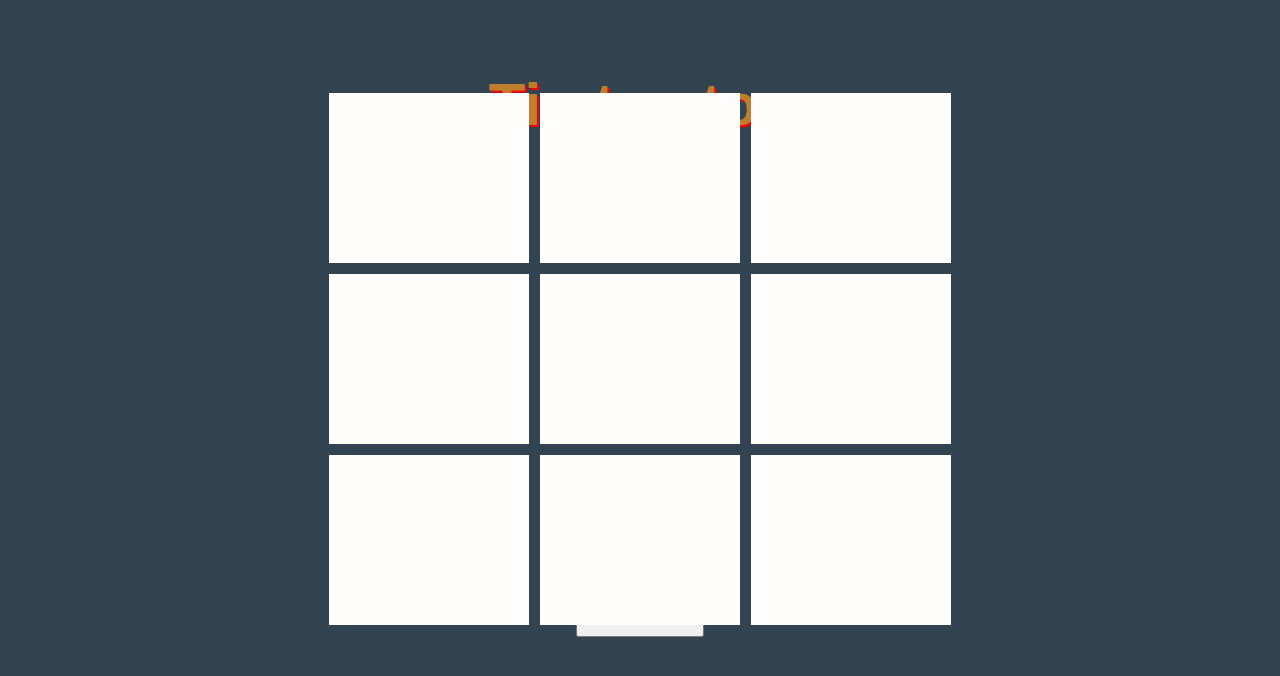
Repository: F0RDTOPG/Xand0
Page: base.html
An editor plug-in stored every save of this project. The page is shown before and after the next save, followed by the edit.
The browser window is 1280 px wide. The pictures show the whole page.
Some web fonts or font styles are not loaded; a fallback is used.

Above is the page before, as saved 2023-11-08 15:33:11.

After the next save:
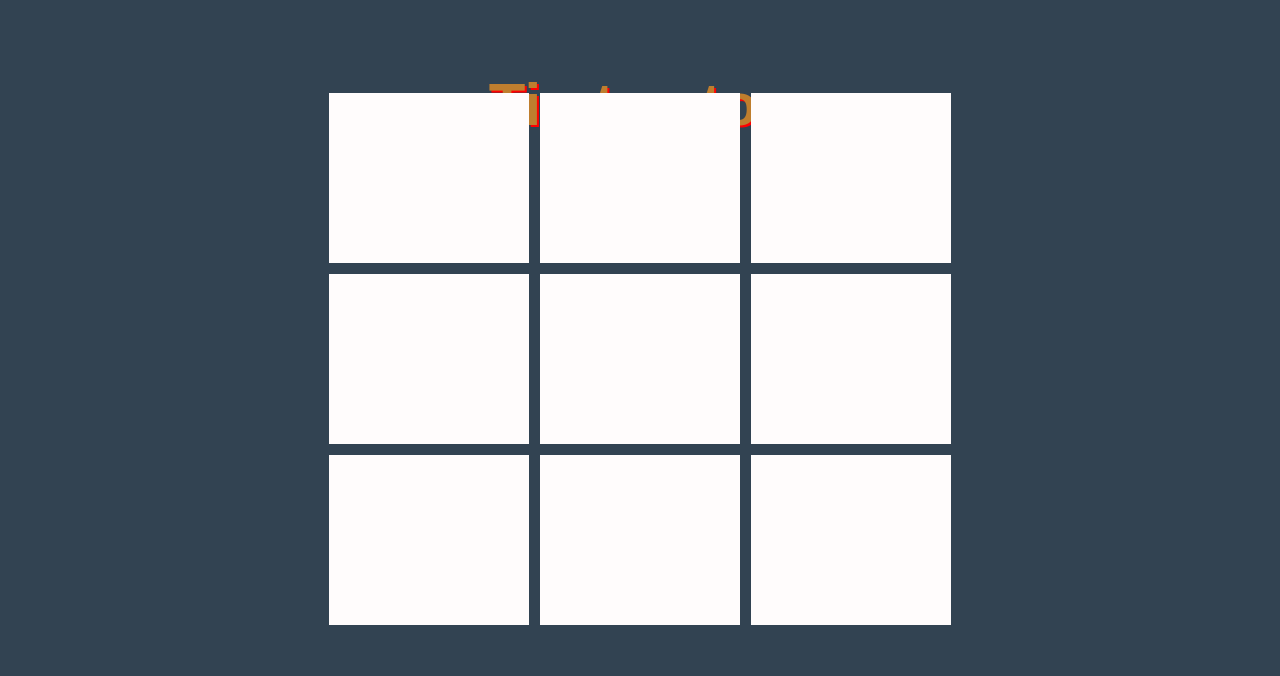
Saved 5 s later.
--- a/base.html
+++ b/base.html
@@ -35,7 +35,7 @@
     </main>
 
     <footer>
-        <button id="button1" class="button1">Restart</button>
+        <button id="button1" class="button2">Restart</button>
     </footer>
     <script src="script.js"></script>
 

After the 2 saves that followed:
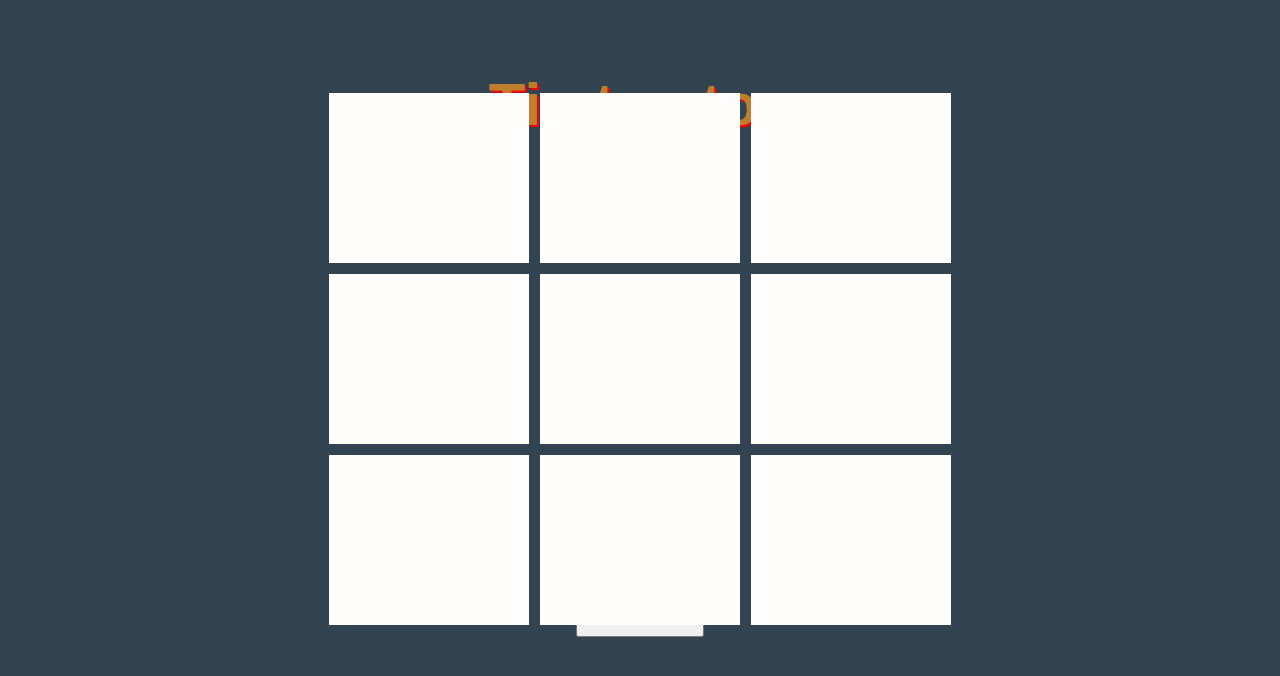
The 2 saves are shown as one change because 1 left the picture as it was.
The last was saved 26 s later.
--- a/styles.css
+++ b/styles.css
@@ -49,7 +49,7 @@ footer{
   align-items:center;
   justify-content: center;
 }
-.button1{
+button{
   color: rgb(41, 41, 41);
   font-size: 26px;
   width: 10vw;
--- a/script.js
+++ b/script.js
@@ -85,7 +85,9 @@ function winner() {
     }
 }
 // button
-myButton2
+myButton2.addEventListener('click', () => {
+    handleClick()
+  });
 myButton.addEventListener('click', () => {
     handleClick()
   });
